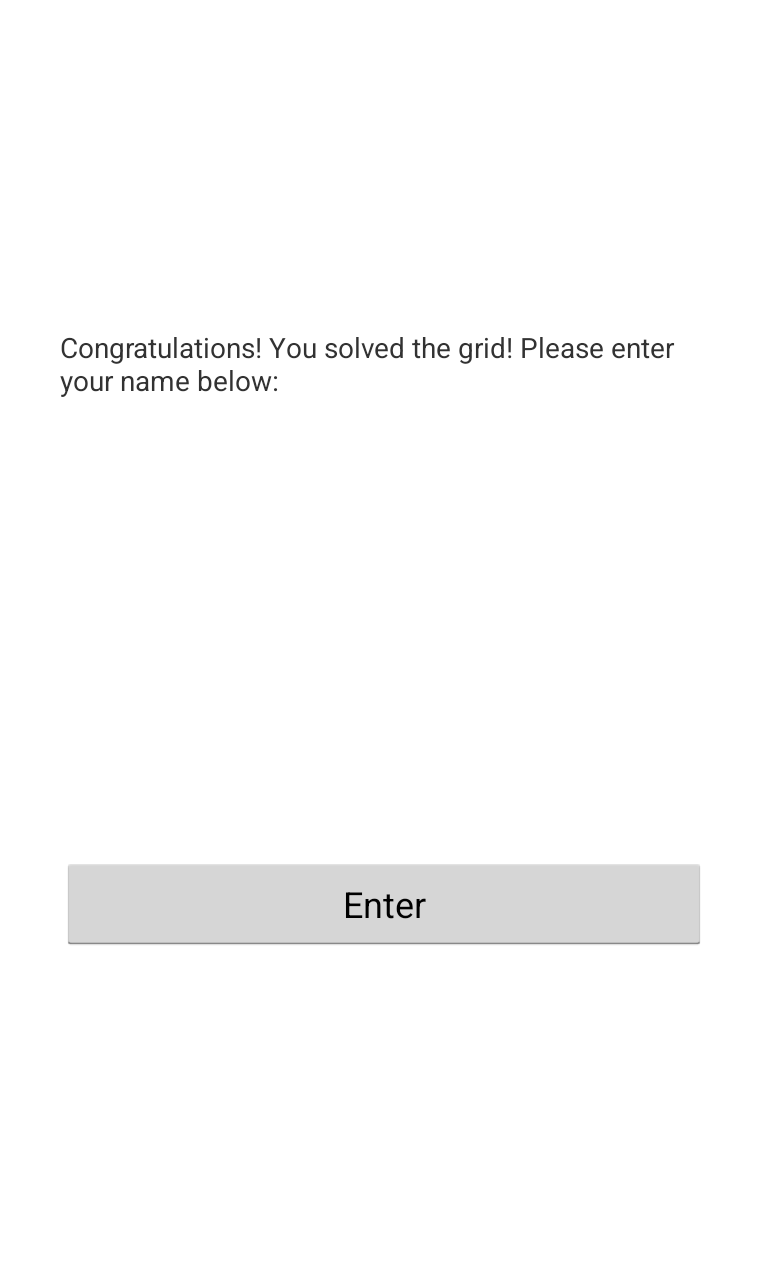
Repository: rickydalziel/project
Layout: Numbersorter/res/layout/activity_win.xml
The author's editor kept a copy of each file at every save. The layout is drawn from the files as they stood at one save, then again after the next save.
It is drawn on a 768 x 1280 px phone screen (xhdpi) without system bars, with theme AppTheme; the app's code is not run.

Above is the layout before, as saved 2013-03-12 12:03:08.

### Numbersorter/res/layout/activity_win.xml
<LinearLayout xmlns:android="http://schemas.android.com/apk/res/android"
    xmlns:tools="http://schemas.android.com/tools"
    android:layout_width="fill_parent"
    android:layout_height="fill_parent"
    android:orientation="horizontal"
    android:padding="30dip" >

    <LinearLayout
        android:layout_width="fill_parent"
        android:layout_height="wrap_content"
        android:layout_gravity="center"
        android:orientation="vertical" >

        <TextView
            android:id="@+id/wintext"
            android:text="@string/wintext"
            android:layout_width="wrap_content"
            android:layout_height="wrap_content"
            android:layout_gravity="center" />


         <EditText
        android:layout_weight="1"
        android:layout_width="0dp"
        android:id="@+id/edit_message"
        android:layout_gravity="center"
        android:hint="@string/enter_name" />


        <Button
            android:id="@+id/win_exit_button"
            android:layout_width="fill_parent"
            android:layout_height="wrap_content"
            android:layout_gravity="center"
            android:onClick="saveScorePressed"
            android:text="@string/enter" />

    </LinearLayout>

</LinearLayout>

### Numbersorter/res/values/strings.xml
<?xml version="1.0" encoding="utf-8"?>
<resources>

    <!-- Main menu strings -->

    <string name="app_name">Numbersorter</string>
    <string name="main_menu">Main Menu</string>
    <string name="menu_settings">Settings</string>
    <string name="title_activity_main">Number Sorter</string>
    <string name="new_game">New Game</string>
    <string name="continue_game">Continue</string>
    <string name="about">About</string>
    <string name="exit_game">Exit</string>
    <string name="enter">Enter</string>

    <!-- About scree strings -->

    <string name="about_app">About Numbersorter</string>
    <string name="about_text">	    Numbersorter is a program written and desgned by Ricky Dalziel, for his 4th year honours project.
	    The aim of the game is to swipe a mxn grid of numbers into position so that they read from 1 - (m*n).
	</string>
    <string name="hello_world">Hello world!</string>
    <string name="title_activity_about">AboutActivity</string>

    <!-- New game dialog strings -->

    <string name="newgametext">Please select a board width and height</string>
    <string name="height">Height</string>
    <string name="width">Width</string>
    <string name="cancel">Cancel</string>

    <!-- Array options for the dialog box -->

    <string-array name="size_array">
        <item>3</item>
        <item>4</item>
        <item>5</item>
        <item>6</item>
    </string-array>

    <string name="title_activity_game">Game</string>
    <string name="title_activity_unsolve_dialog">Unsolveable?</string>
    <string name="unsolveable">Are you sure this grid is unsolvable? (WARNING -  will end current game)</string>
    <string name="yes">Yes</string>
    <string name="no">No</string>
    <string name="title_activity_unsolve_outcome">UnsolveOutcome</string>
    <string name="title_activity_quit">QuitActivity</string>
    <string name="title_activity_win">WinActivity</string>

    <string name="wintext">Congratulations! You solved the grid! Please enter your name below:</string>
    <string name="enter_name">Enter name</string>

</resources>

Loaded but not shown: Numbersorter/res/values-v11/styles.xml (common file); Numbersorter/res/values-v14/styles.xml (common file); Numbersorter/res/values/styles.xml (common file)

After the next save:
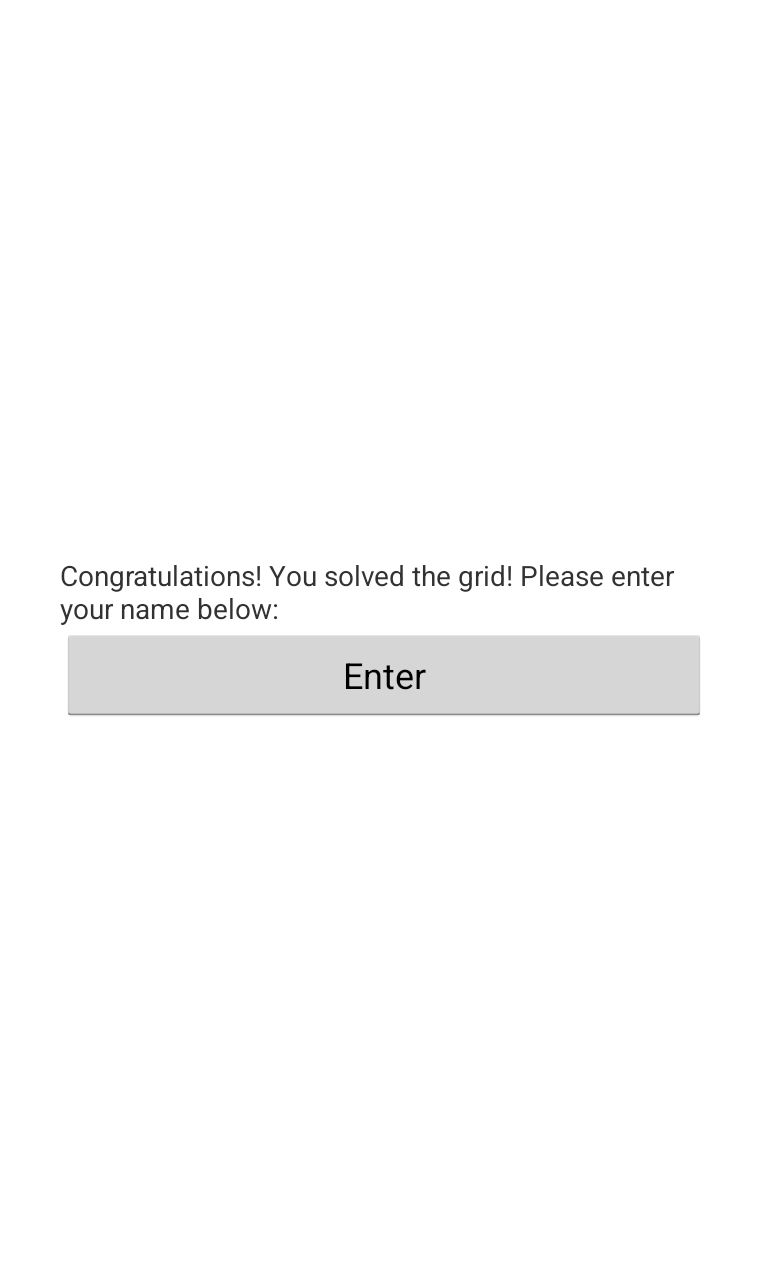
Saved 14 s later.
--- a/Numbersorter/res/layout/activity_win.xml
+++ b/Numbersorter/res/layout/activity_win.xml
@@ -20,7 +20,7 @@
 
 
          <EditText
-        android:layout_weight="1"
+        android:layout_weight="0dp"
         android:layout_width="0dp"
         android:id="@+id/edit_message"
         android:layout_gravity="center"

After the save that followed:
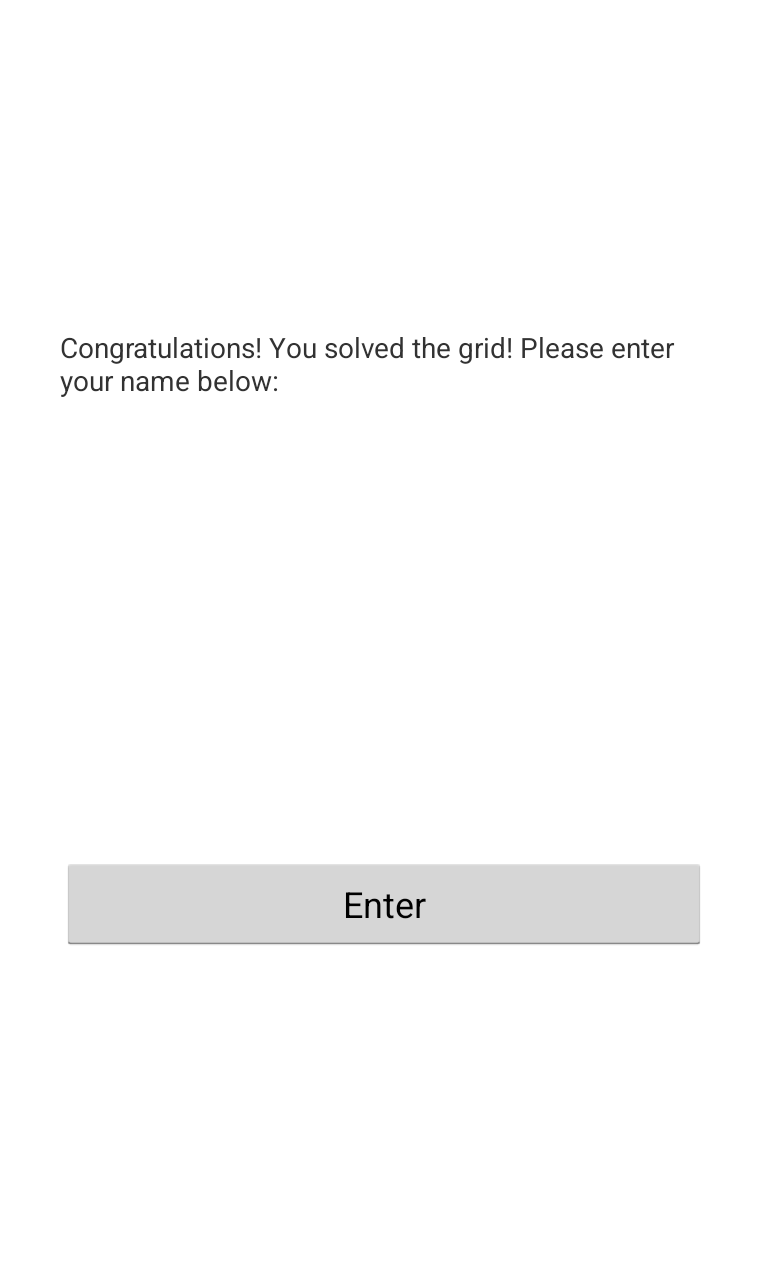
Saved 23 s later.
--- a/Numbersorter/res/layout/activity_win.xml
+++ b/Numbersorter/res/layout/activity_win.xml
@@ -20,7 +20,8 @@
 
 
          <EditText
-        android:layout_weight="0dp"
+        android:layout_weight="1"
+        android:layout_height="0dp"
         android:layout_width="0dp"
         android:id="@+id/edit_message"
         android:layout_gravity="center"
